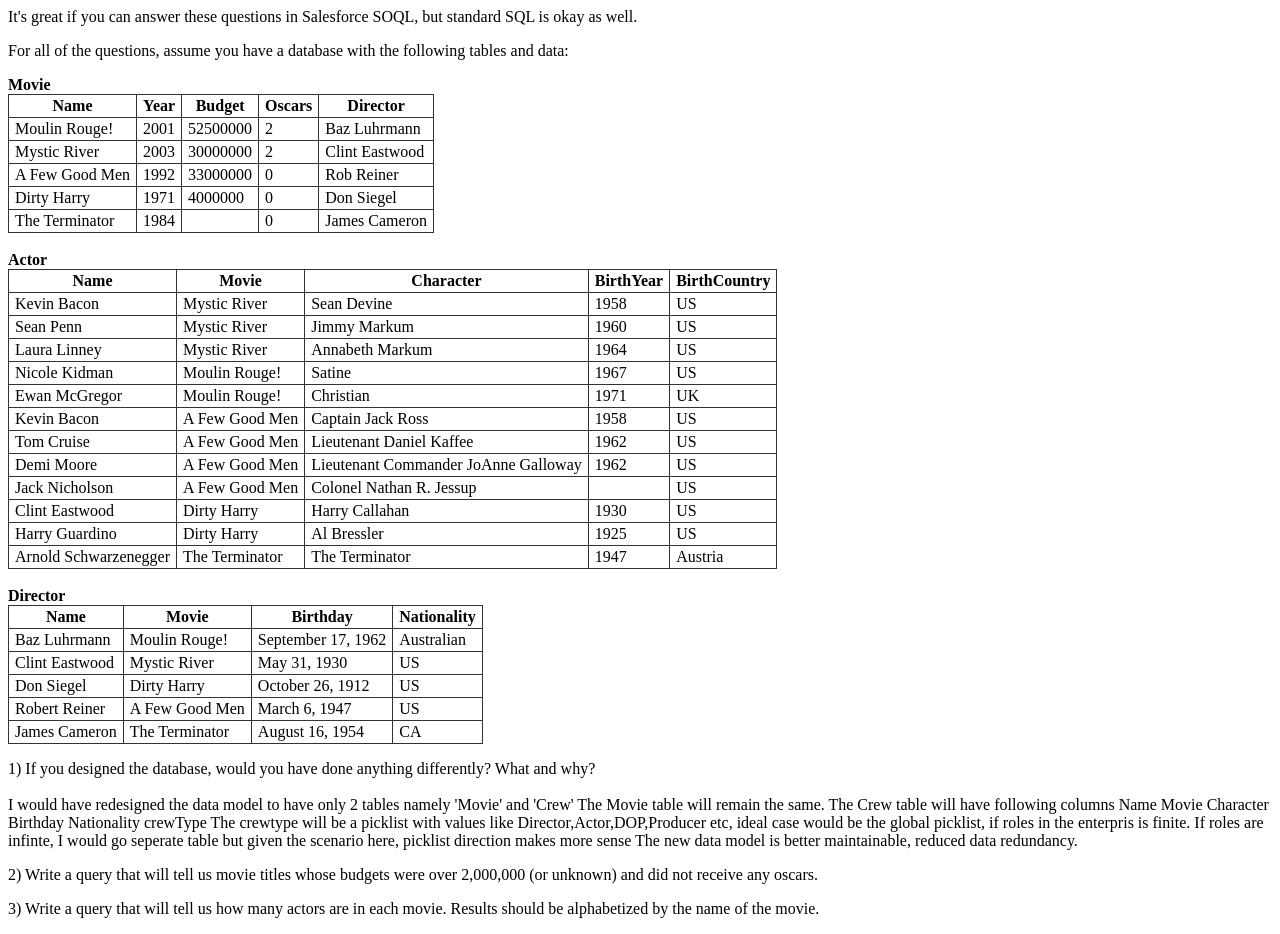
Repository: akhil33/AFFRM
Page: AFFIRM-NON-SFDC/Database.html
These files come from the project's save history. The page is drawn as it stood at one moment and after the next save; the edit follows.
The browser window is 1280 px wide. The pictures show the whole page.

Above is the page before, as saved 2022-04-07 16:20:55.

### AFFIRM-NON-SFDC/Database.html
<html>
	<head>
		<style type="text/css">
			table { border-collapse: collapse; border: solid 1px black; }
			td, th { border: solid 1px #333; padding: 2px 6px; }
		</style>
	</head>

	<body>
		<p>It's great if you can answer these questions in Salesforce SOQL, but standard SQL is okay as well.</p>

		<p>For all of the questions, assume you have a database with the following tables and data:</p>

		<b>Movie</b>
		<table>
			<tr>
				<th>Name</th>
				<th>Year</th>
				<th>Budget</th>
				<th>Oscars</th>
				<th>Director</th>
			</tr>
			<tr>
				<td>Moulin Rouge!</td>
				<td>2001</td>
				<td>52500000</td>
				<td>2</td>
				<td>Baz Luhrmann</td>
			</tr>
			<tr>
				<td>Mystic River</td>
				<td>2003</td>
				<td>30000000</td>
				<td>2</td>
				<td>Clint Eastwood</td>
			</tr>
			<tr>
				<td>A Few Good Men</td>
				<td>1992</td>
				<td>33000000</td>
				<td>0</td>
				<td>Rob Reiner</td>
			</tr>
			<tr>
				<td>Dirty Harry</td>
				<td>1971</td>
				<td>4000000</td>
				<td>0</td>
				<td>Don Siegel</td>
			</tr>
			<tr>
				<td>The Terminator</td>
				<td>1984</td>
				<td></td>
				<td>0</td>
				<td>James Cameron</td>
			</tr>
		</table>

		<br/>
		<b>Actor</b>
		<table>
			<tr>
				<th>Name</th>
				<th>Movie</th>
				<th>Character</th>
				<th>BirthYear</th>
				<th>BirthCountry</th>
			</tr>
			<tr>
				<td>Kevin Bacon</td>
				<td>Mystic River</td>
				<td>Sean Devine</td>
				<td>1958</td>
				<td>US</td>
			</tr>
			<tr>
				<td>Sean Penn</td>
				<td>Mystic River</td>
				<td>Jimmy Markum</td>
				<td>1960</td>
				<td>US</td>
			</tr>
			<tr>
				<td>Laura Linney</td>
				<td>Mystic River</td>
				<td>Annabeth Markum</td>
				<td>1964</td>
				<td>US</td>
			</tr>
			<tr>
				<td>Nicole Kidman</td>
				<td>Moulin Rouge!</td>
				<td>Satine</td>
				<td>1967</td>
				<td>US</td>
			</tr>
			<tr>
				<td>Ewan McGregor</td>
				<td>Moulin Rouge!</td>
				<td>Christian</td>
				<td>1971</td>
				<td>UK</td>
			</tr>
			<tr>
				<td>Kevin Bacon</td>
				<td>A Few Good Men</td>
				<td>Captain Jack Ross</td>
				<td>1958</td>
				<td>US</td>
			</tr>
			<tr>
				<td>Tom Cruise</td>
				<td>A Few Good Men</td>
				<td>Lieutenant Daniel Kaffee</td>
				<td>1962</td>
				<td>US</td>
			</tr>
			<tr>
				<td>Demi Moore</td>
				<td>A Few Good Men</td>
				<td>Lieutenant Commander JoAnne Galloway</td>
				<td>1962</td>
				<td>US</td>
			</tr>
			<tr>
				<td>Jack Nicholson</td>
				<td>A Few Good Men</td>
				<td>Colonel Nathan R. Jessup</td>
				<td></td>
				<td>US</td>
			</tr>
			<tr>
				<td>Clint Eastwood</td>
				<td>Dirty Harry</td>
				<td>Harry Callahan</td>
				<td>1930</td>
				<td>US</td>
			</tr>
			<tr>
				<td>Harry Guardino</td>
				<td>Dirty Harry</td>
				<td>Al Bressler</td>
				<td>1925</td>
				<td>US</td>
			</tr>
			<tr>
				<td>Arnold Schwarzenegger</td>
				<td>The Terminator</td>
				<td>The Terminator</td>
				<td>1947</td>
				<td>Austria</td>
			</tr>
		</table>

		<br/>
		<b>Director</b>
		<table>
			<tr>
				<th>Name</th>
				<th>Movie</th>
				<th>Birthday</th>
				<th>Nationality</th>
			</tr>
			<tr>
				<td>Baz Luhrmann</td>
				<td>Moulin Rouge!</td>
				<td>September 17, 1962</td>
				<td>Australian</td>
			</tr>
			<tr>
				<td>Clint Eastwood</td>
				<td>Mystic River</td>
				<td>May 31, 1930</td>
				<td>US</td>
			</tr>
			<tr>
				<td>Don Siegel</td>
				<td>Dirty Harry</td>
				<td>October 26, 1912</td>
				<td>US</td>
			</tr>
			<tr>
				<td>Robert Reiner</td>
				<td>A Few Good Men</td>
				<td>March 6, 1947</td>
				<td>US</td>
			</tr>
			<tr>
				<td>James Cameron</td>
				<td>The Terminator</td>
				<td>August 16, 1954</td>
				<td>CA</td>
			</tr>
		</table>


		<p>1) If you designed the database, would you have done anything differently? What and why?
			<br></br>
			I would have redesigned the data model to have only 2 tables namely 'Movie' and 'Crew'

			The Movie table will remain the same.
			The Crew table will have following columns
				Name
				Movie
				Character
				Birthday
				Nationality
				crewType
			The crewtype will be a picklist with values like Director,Actor,DOP,Producer etc, ideal case would be the global picklist, if roles in the enterpris is finite. If roles are infinte, I would go seperate table but
			given the scenario here, picklist direction makes more sense

			The new data model is better maintainable, reduced data redundancy.

		<p>2) Write a query that will tell us movie titles whose budgets were over 2,000,000 (or unknown) and did not receive any oscars.

		<!--
			<p> select Name from Movie where Oscars = 0   // this querty will fetch the results mentioned but not a better coding style</p>
			<p> Select Name from Movie where Oscars = 0 and (Budget is null or Budget > 2000000)  // preferred.</p>
		-->

		<p>3) Write a query that will tell us how many actors are in each movie.  Results should be alphabetized by the name of the movie.</p>

		<!--
			<p> Select Movie,Count(Name) from Actor group by Movie test order by Movie asc </p>
		-->



	</body>
</html>

After the next save:
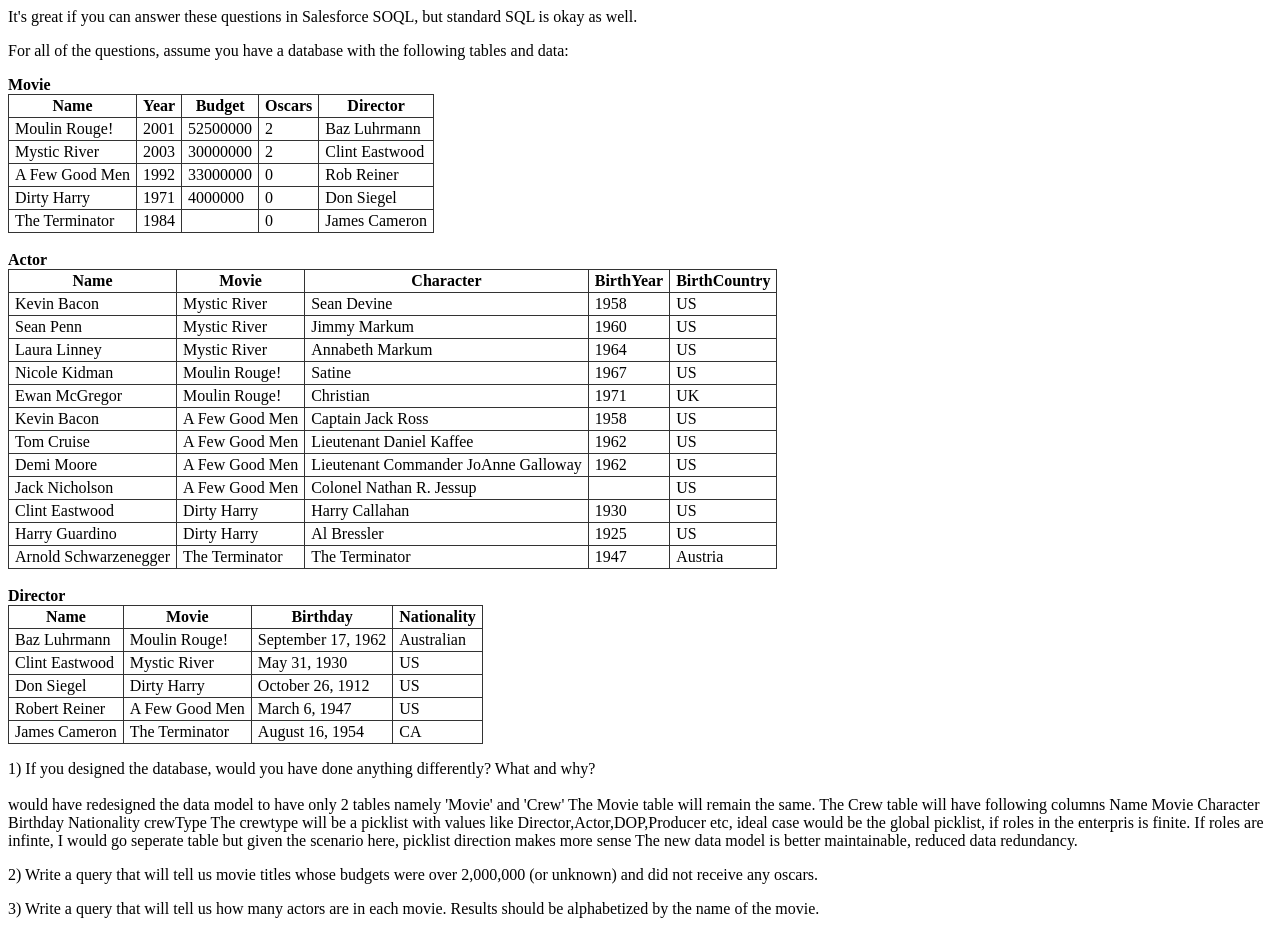
Saved 25 s later.
--- a/AFFIRM-NON-SFDC/Database.html
+++ b/AFFIRM-NON-SFDC/Database.html
@@ -197,20 +197,20 @@
 
 		<p>1) If you designed the database, would you have done anything differently? What and why?
 			<br></br>
-			I would have redesigned the data model to have only 2 tables namely 'Movie' and 'Crew'
-
-			The Movie table will remain the same.
-			The Crew table will have following columns
-				Name
-				Movie
-				Character
-				Birthday
-				Nationality
-				crewType
-			The crewtype will be a picklist with values like Director,Actor,DOP,Producer etc, ideal case would be the global picklist, if roles in the enterpris is finite. If roles are infinte, I would go seperate table but
-			given the scenario here, picklist direction makes more sense
-
-			The new data model is better maintainable, reduced data redundancy.
+			<span>would have redesigned the data model to have only 2 tables namely 'Movie' and 'Crew'
+
+				The Movie table will remain the same.
+				The Crew table will have following columns
+					Name
+					Movie
+					Character
+					Birthday
+					Nationality
+					crewType
+				The crewtype will be a picklist with values like Director,Actor,DOP,Producer etc, ideal case would be the global picklist, if roles in the enterpris is finite. If roles are infinte, I would go seperate table but
+				given the scenario here, picklist direction makes more sense
+
+				The new data model is better maintainable, reduced data redundancy.</span>
 
 		<p>2) Write a query that will tell us movie titles whose budgets were over 2,000,000 (or unknown) and did not receive any oscars.
 
